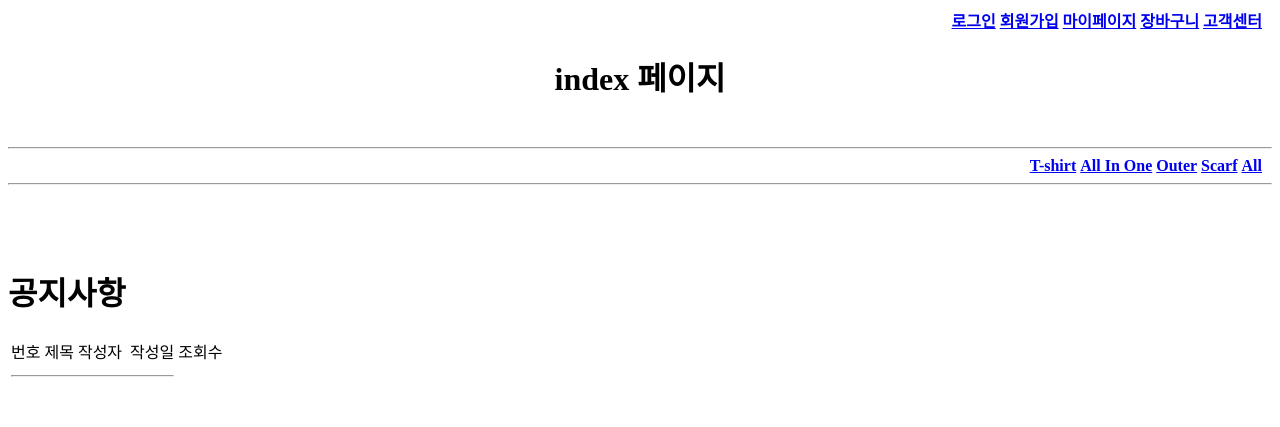
Repository: leeseungho1994/shopping
Page: http://localhost/shopping/WEB-INF/views/center/notice.jsp
These files come from the project's save history. The page is drawn as it stood at one moment and after the next save; the edit follows.
The browser window is 1280 px wide. The pictures show the whole page.
The page is served by Tomcat 9. Nobody is signed in. Other server files are loaded and not shown. The template is opened directly, without the code that normally fills it, so the values that code supplies are empty.

Above is the page before, as saved 2020-12-10 14:22:51.

### shopping/src/main/webapp/WEB-INF/views/center/notice.jsp
<%@ page language="java" contentType="text/html; charset=UTF-8"
    pageEncoding="UTF-8"%>
    <%@taglib prefix="c" uri="http://java.sun.com/jsp/jstl/core" %>
<!DOCTYPE html>
<html>
<head>
<meta charset="UTF-8">
<title>공지사항</title>
</head>
<body>
<c:import url="../default/header.jsp"/>
<h1>공지사항</h1>
<table>
	<tr>
		<td>번호</td><td>제목</td><td>작성자</td><td></td><td>작성일</td><td>조회수</td>
	</tr>
	<tr>
		<td colspan="5"><hr></td>
	</tr>
</table>
</body>
</html>

### shopping/src/main/webapp/WEB-INF/views/default/header.jsp
<%@ page language="java" contentType="text/html; charset=UTF-8"
    pageEncoding="UTF-8"%>
<!DOCTYPE html>
<html>
<head>
<meta charset="UTF-8">
<title>머리말</title>
</head>
<body>
<body>
<div style="text-align: right; margin-right: 10px;">
	<a href="#"><b>로그인</b></a>
	<a href="#"><b>회원가입</b></a>
	<a href="myPage"><b>마이페이지</b></a>
	<a href="#"><b>장바구니</b></a>
	<a href="center"><b>고객센터</b></a>
</div>
<h1 style="text-align: center">index 페이지</h1><br>
<hr>
<div style="text-align: right; margin-right: 10px;">
	<a href="#"><b>T-shirt</b></a>
	<a href="#"><b>All In One</b></a>
	<a href="#"><b>Outer</b></a>
	<a href="#"><b>Scarf</b></a>
	<a href="#"><b>All</b></a>
</div>
<hr>
<br><br><br>
</body>
</html>

After the next save:
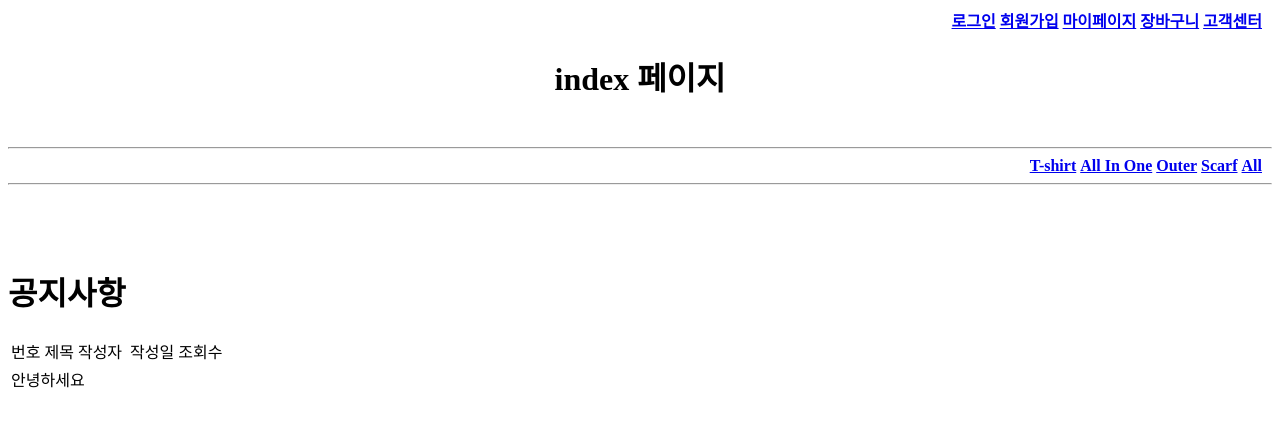
Saved 32 s later.
--- a/shopping/src/main/webapp/WEB-INF/views/center/notice.jsp
+++ b/shopping/src/main/webapp/WEB-INF/views/center/notice.jsp
@@ -15,7 +15,7 @@
 		<td>번호</td><td>제목</td><td>작성자</td><td></td><td>작성일</td><td>조회수</td>
 	</tr>
 	<tr>
-		<td colspan="5"><hr></td>
+		<td colspan="5">안녕하세요</td>
 	</tr>
 </table>
 </body>
